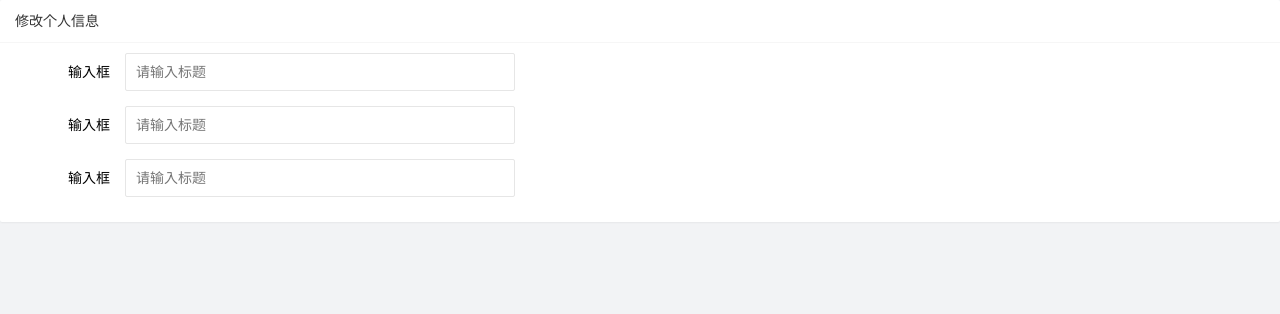
Repository: haloxxi/web_bigevent
Page: user/user-info.html
The author's editor kept a copy of each file at every save. The page is drawn from the files as they stood at one save, then again after the next save.
The browser window is 1280 px wide. The pictures show the whole page.

Above is the page before, as saved 2022-06-24 21:40:31.

### user/user-info.html
<!DOCTYPE html>
<html lang="en">

<head>
    <meta charset="UTF-8">
    <meta http-equiv="X-UA-Compatible" content="IE=edge">
    <meta name="viewport" content="width=device-width, initial-scale=1.0">
    <title>Document</title>
    <!-- 先导入layUI的样式css -->
    <link rel="stylesheet" href="/assets/lib/layui/css/layui.css">
    <!-- 再导入自己写的样式css -->
    <link rel="stylesheet" href="/assets/css/user/user-info.css">

</head>

<body>
    <!-- 卡片区域 -->
    <div class="layui-card">
        <div class="layui-card-header">修改个人信息</div>
        <div class="layui-card-body">
            <!-- 这里是form表单 -->
            <form class="layui-form" action="">
                <div class="layui-form-item">
                    <label class="layui-form-label">输入框</label>
                    <div class="layui-input-block">
                        <input type="text" name="title" required lay-verify="required" placeholder="请输入标题" autocomplete="off" class="layui-input">
                    </div>
                </div>
                <div class="layui-form-item">
                    <label class="layui-form-label">输入框</label>
                    <div class="layui-input-block">
                        <input type="text" name="title" required lay-verify="required" placeholder="请输入标题" autocomplete="off" class="layui-input">
                    </div>
                </div>
                <div class="layui-form-item">
                    <label class="layui-form-label">输入框</label>
                    <div class="layui-input-block">
                        <input type="text" name="title" required lay-verify="required" placeholder="请输入标题" autocomplete="off" class="layui-input">
                    </div>
                </div>
            </form>
        </div>
    </div>
</body>

</html>

### assets/css/user/user-info.css
body,
html {
    margin: 0;
    padding: 0;
}

body {
    background-color: #f2f3f5;
}

.layui-form {
    width: 500px;
}

Loaded but not shown: assets/lib/layui/css/layui.css (library)

After the next save:
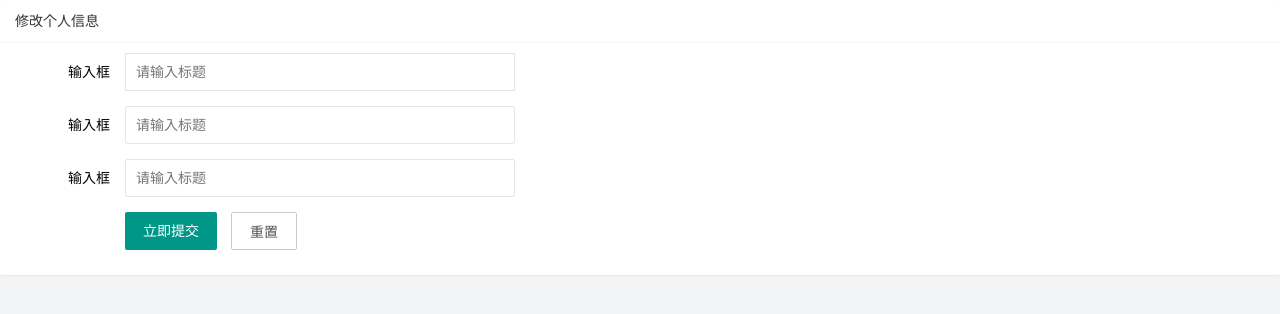
Saved 41 s later.
--- a/user/user-info.html
+++ b/user/user-info.html
@@ -38,6 +38,12 @@
                         <input type="text" name="title" required lay-verify="required" placeholder="请输入标题" autocomplete="off" class="layui-input">
                     </div>
                 </div>
+                <div class="layui-form-item">
+                    <div class="layui-input-block">
+                        <button class="layui-btn" lay-submit lay-filter="formDemo">立即提交</button>
+                        <button type="reset" class="layui-btn layui-btn-primary">重置</button>
+                    </div>
+                </div>
             </form>
         </div>
     </div>
